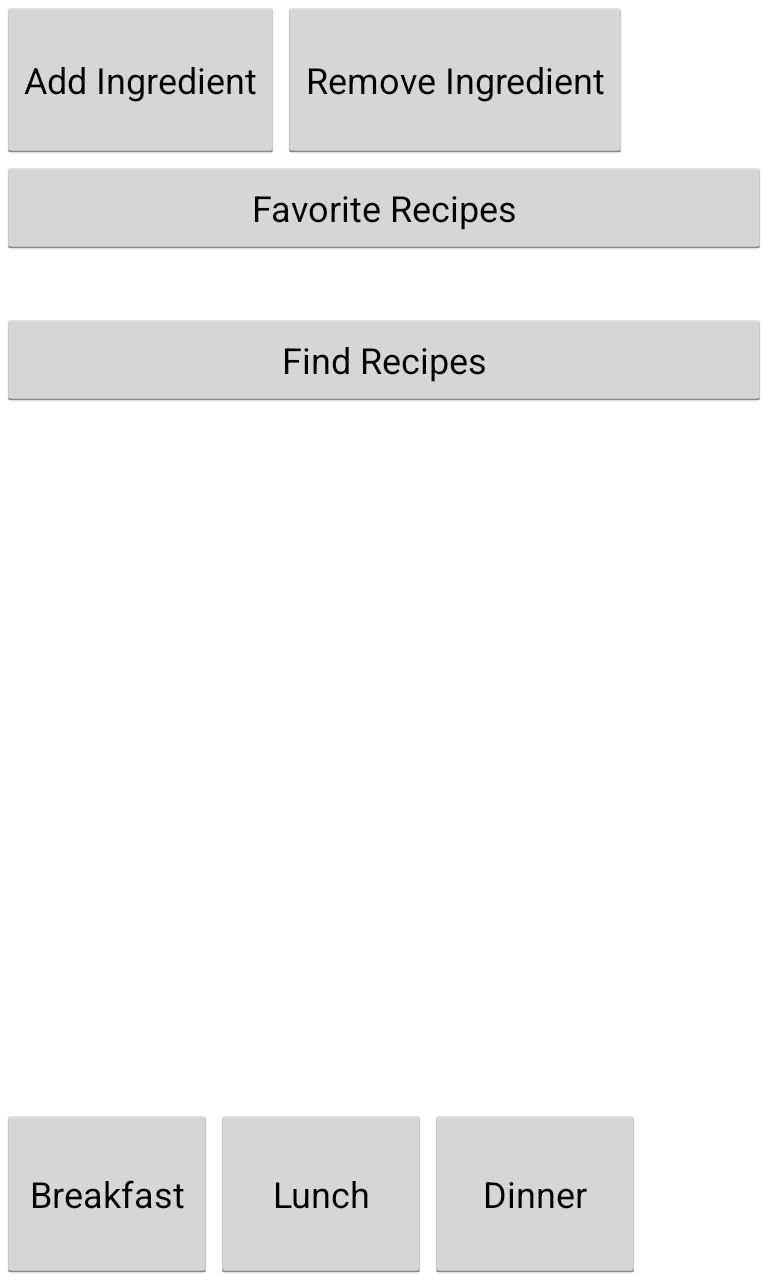
Repository: jmwood22/Boyardroid
Layout: Boyardroid/res/layout/activity_fridge.xml
An editor plug-in stored every save of this project. The layout is shown before and after the next save, followed by the edit.
It is drawn on a 768 x 1280 px phone screen (xhdpi) without system bars, with theme AppTheme; the app's code is not run.

Above is the layout before, as saved 2013-02-20 10:45:37.

After the next save:
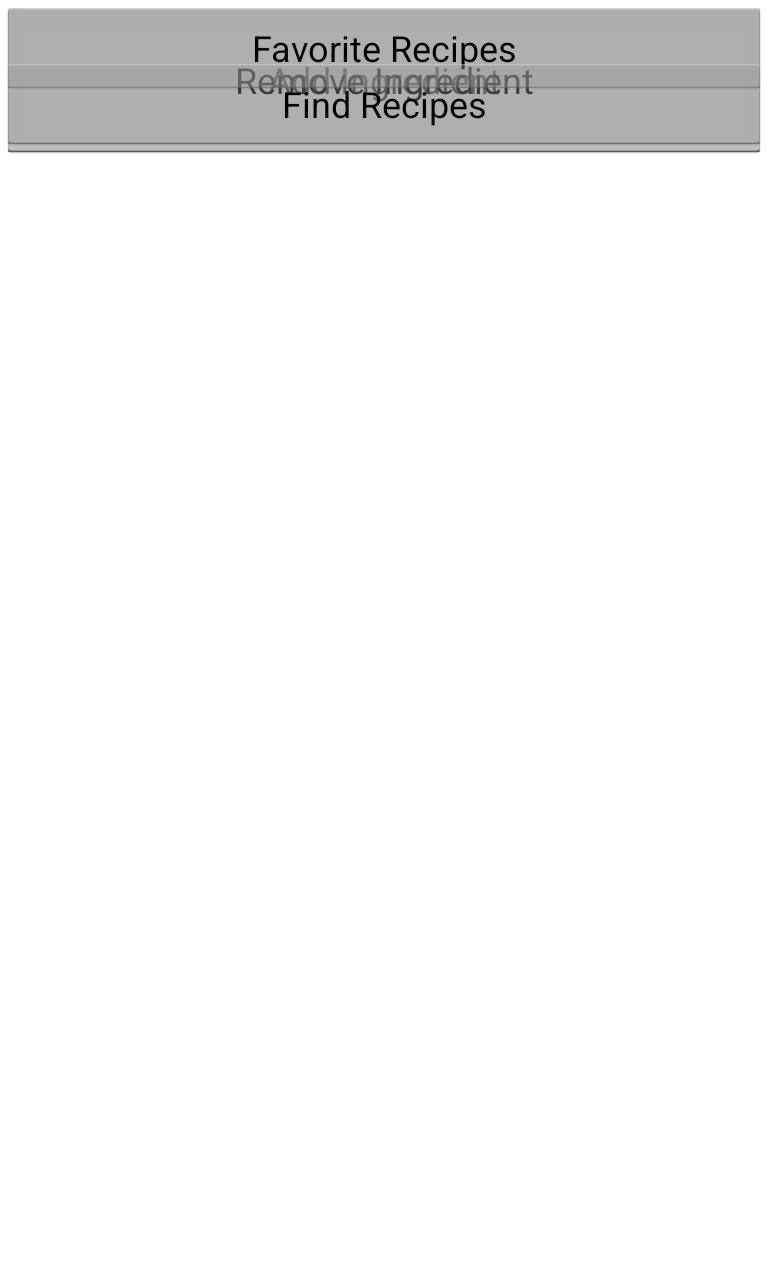
Saved 3 min 51 s later.
--- a/Boyardroid/res/layout/activity_fridge.xml
+++ b/Boyardroid/res/layout/activity_fridge.xml
@@ -1,4 +1,4 @@
-<LinearLayout xmlns:android="http://schemas.android.com/apk/res/android"
+<RelativeLayout xmlns:android="http://schemas.android.com/apk/res/android"
     xmlns:tools="http://schemas.android.com/tools"
     android:id="@+id/AbsoluteLayout1"
     android:layout_width="match_parent"
@@ -6,7 +6,7 @@
     android:orientation="vertical"
     tools:context=".FridgeScreen" >
 
-    <LinearLayout
+    <RelativeLayout
         android:layout_width="wrap_content"
         android:layout_height="wrap_content" >
 
@@ -26,7 +26,7 @@
             android:onClick="removIngre"
             android:text="@string/removeIngredient_button" />
 
-    </LinearLayout>
+    </RelativeLayout>
 
     <Button
         android:id="@+id/button3"
@@ -44,7 +44,7 @@
         android:onClick="dialogBtn"
         android:text="@string/find_recipe" />
 
-    <LinearLayout
+    <RelativeLayout
         android:layout_width="wrap_content"
         android:layout_height="0dp"
         android:layout_gravity="bottom"
@@ -76,6 +76,6 @@
             android:text="@string/dinner_button" />
 
 
-    </LinearLayout>
+    </RelativeLayout>
 
-</LinearLayout>
+</RelativeLayout>
